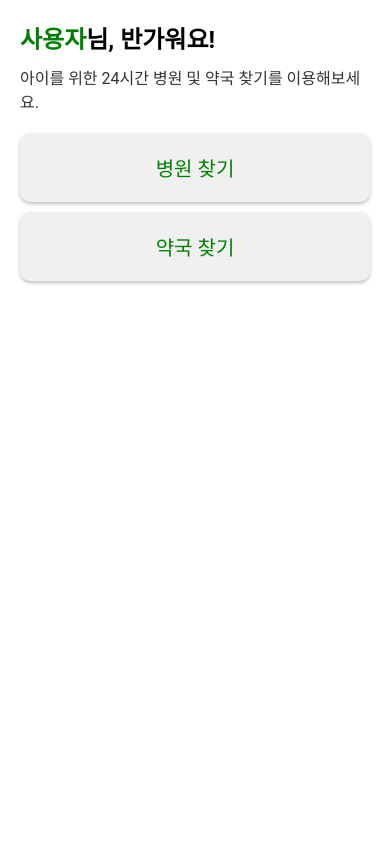
Repository: Sesac-icare/FrontEndiCare
Screen: / (app in iCare/)
These files come from the project's save history. The screen is drawn as it stood at one moment and after a run of saves; the edit follows.
The app was drawn by React Native's web renderer in a window 390 px wide. The project was rebuilt for these pictures with package versions that can differ from the ones it lists, and the page was loaded fresh each time. Some packages were replaced by stand-ins written for this rebuild.

Above is the screen before, as saved 2025-02-04 16:02:52.

After the next 2 saves:
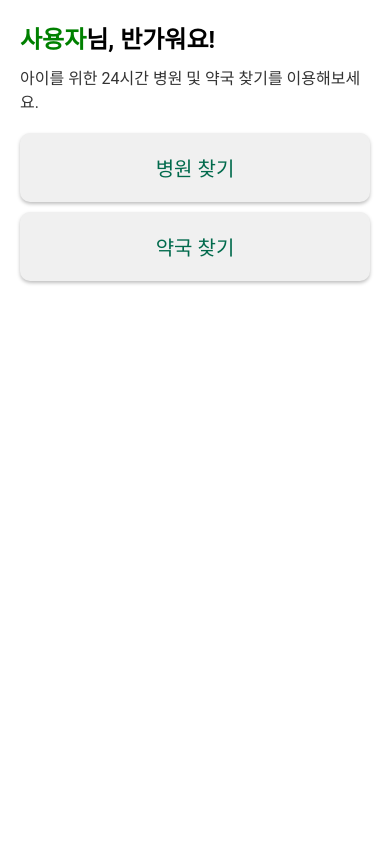
The 2 saves are shown as one change because they came seconds apart.
The last was saved 28 s later.
--- a/iCare/App.js
+++ b/iCare/App.js
@@ -177,7 +177,7 @@ const styles = StyleSheet.create({
   },
   buttonText: {
     fontSize: 20,
-    color: "green"
+    color: "#016a4c"
     // fontFamily: "NotoSansKR" // 주석 처리
   }
 });
